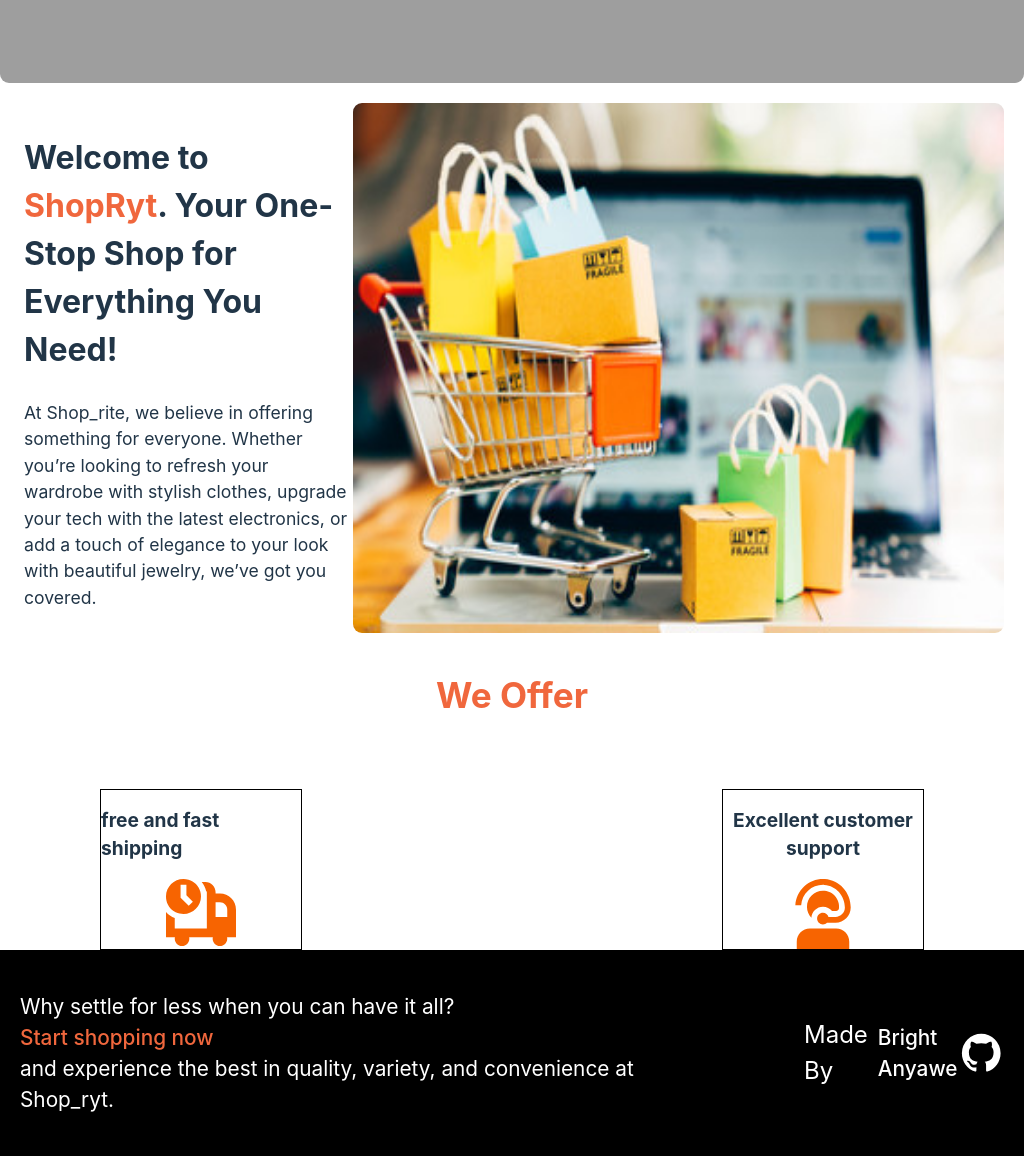
Repository: Bright-Anyawe/Shopping_cart
Page: /
An editor plug-in stored every save of this project. The page is shown before and after the next save, followed by the edit.
The browser window is 1024 px wide. The pictures show the part of the page from y = 597 to 1773 px (the page is 1753 px tall before and 1773 px after).
Pictures or frames that could not be fetched are drawn as grey boxes. The page's requests for data from a server got no answer. The project was rebuilt for these pictures with package versions that can differ from the ones it lists, and the page was loaded fresh each time. No one was signed in, and anything a server would have sent is missing. Also part of the build but not shown: vite.config.js, src/Components/Layout/Shop.jsx, src/Components/Categories/MenClothing.jsx, src/Components/Categories/WomenClothing.jsx, src/Components/Categories/Electronics.jsx, src/Components/Categories/Jewelry.jsx, src/Components/Features/Delete.jsx, src/Components/Layout/Quantity Summery.jsx.

Above is the page before, as saved 2024-10-28 13:12:47.

After the next save:
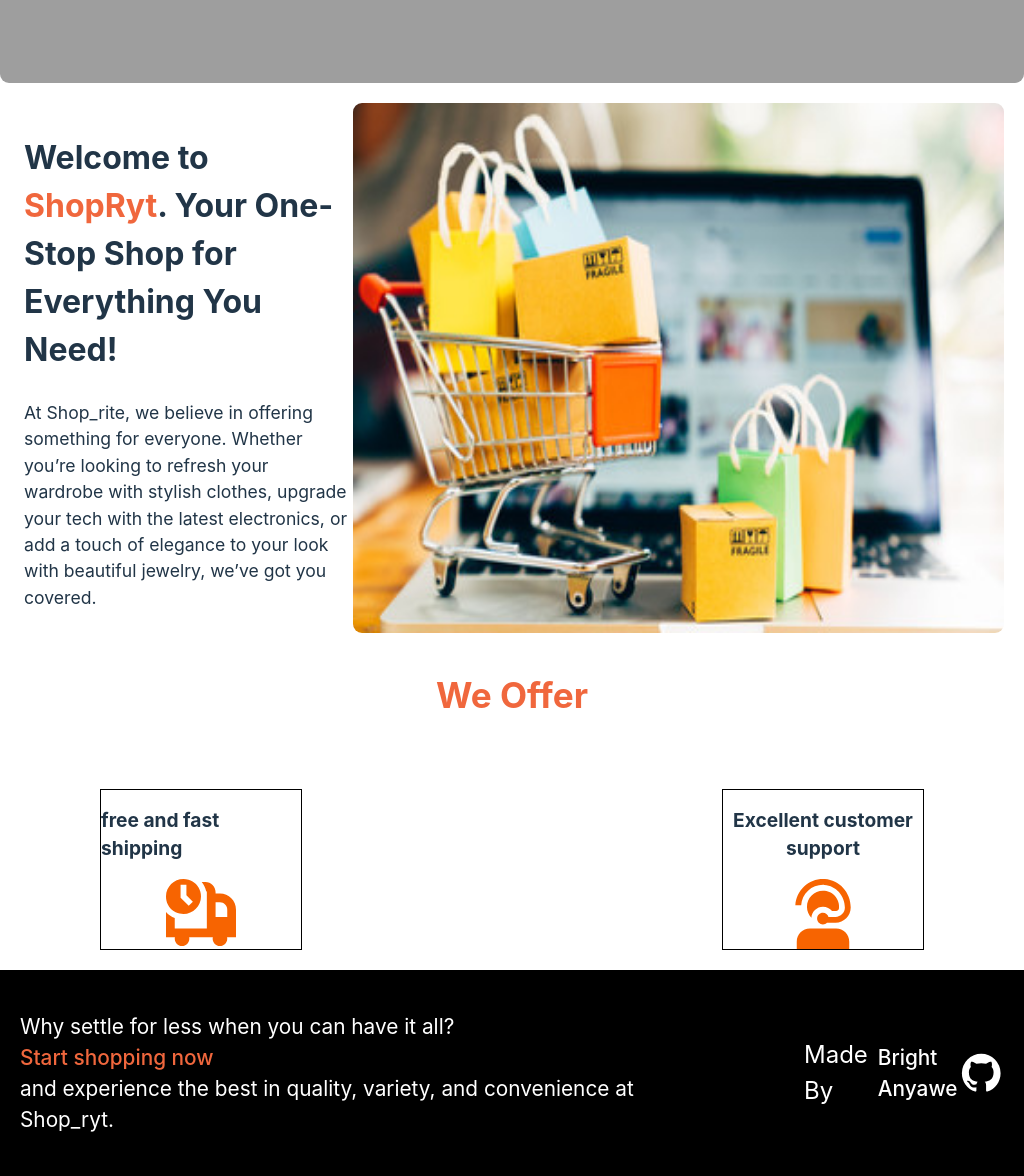
Saved 4 s later.
--- a/src/Components/Styles/layout.css
+++ b/src/Components/Styles/layout.css
@@ -73,7 +73,7 @@
     display: flex;
     justify-content: space-between;
     padding-inline: 100px;
-    margin: 0 0
+    margin: 0 0 20px 0;
   }
 
   h1.offerEl {
